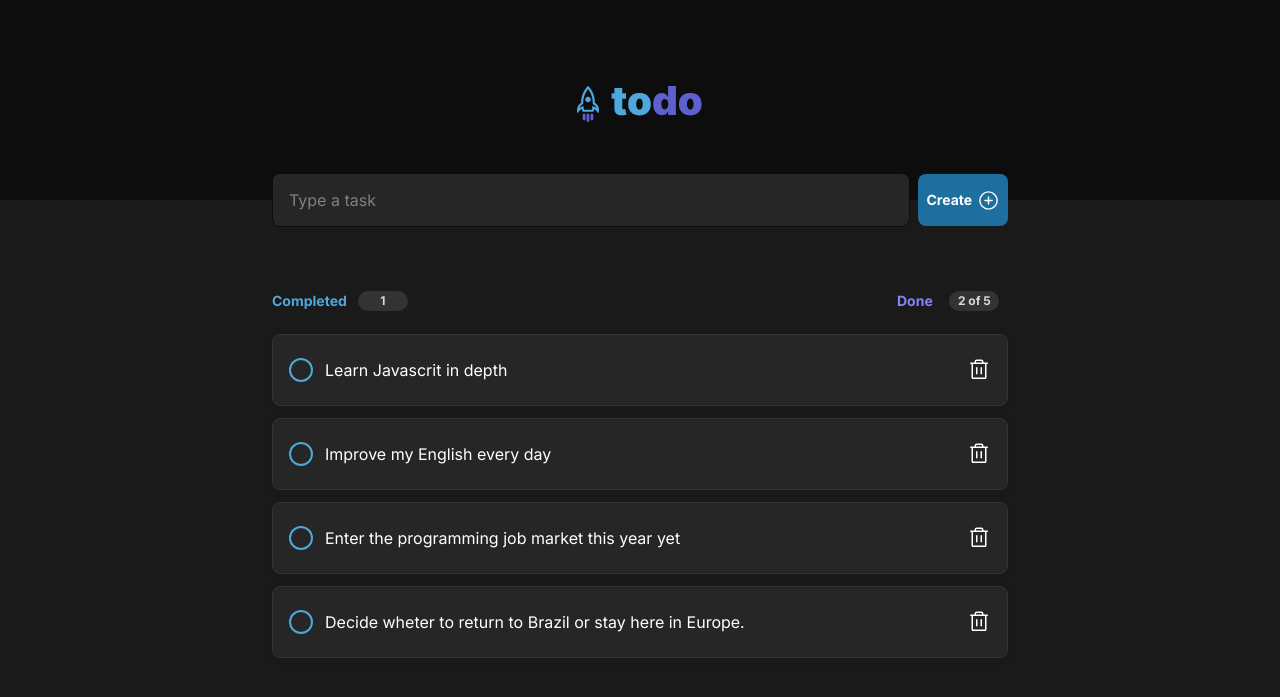
Repository: JoseGu1llardi/to-do-list-D01
Page: /
An editor plug-in stored every save of this project. The page is shown before and after the next save, followed by the edit.
The browser window is 1280 px wide. The pictures show the whole page.
The project was rebuilt for these pictures with package versions that can differ from the ones it lists, and the page was loaded fresh each time. Requests to the local data server were answered from the project's data file. Also part of the build but not shown: vite.config.ts.

Above is the page before, as saved 2023-03-12 20:27:07.

### index.html
<!DOCTYPE html>
<html lang="en">
  <head>
    <meta charset="UTF-8" />

    <link rel="preconnect" href="https://fonts.googleapis.com" />
    <link rel="preconnect" href="https://fonts.gstatic.com" crossorigin />

    <link
      href="https://fonts.googleapis.com/css2?family=Inter:wght@400;700&display=swap"
      rel="stylesheet"
    />

    <link rel="icon" type="image/svg+xml" href="/vite.svg" />
    <meta name="viewport" content="width=device-width, initial-scale=1.0" />
    <title>Vite + React + TS</title>
  </head>
  <body>
    <div id="root"></div>
    <script type="module" src="/src/main.tsx"></script>
  </body>
</html>

### src/App.tsx
import { useEffect, useState } from 'react';

import api from './services/api';

import styles from './App.module.css';

import { Header } from "./components/Header";
import { Input } from "./components/Input";
import { Button } from "./components/Button";
import { TasksList } from "./components/TasksList";

import "./global.css";

interface Task {
  id: number;
  content: string;
  status: boolean;
}

export interface TaskType {
  tasks: Task[];
}

function App() {
  const [tasks, setTasks] = useState<Task[]>([]);

  useEffect(() => {
    api.get("/tasks")
      .then(({ data }) => setTasks(data))
  }, []);

  return (
    <>
      <Header />

      <div className={styles.newTaskContainer}>
        <Input />
        <Button />
      </div>

      <div className={styles.tasksContainer}>
        <TasksList tasks={tasks} />
      </div>
    </>
  )
}

export default App

### src/services/api.ts
import axios from 'axios';

const api = axios.create({
    baseURL: "http://localhost:3000"
});

export default api;

### src/App.module.css
.newTaskContainer {
  display: flex;
  flex-direction: row;
  align-items: center;
  padding: 0px;
  gap: 8px;

  position: absolute;
  width: 46rem;
  height: 3.375rem;
  left: calc(50% - 736px / 2);
  top: 10.8125rem;
}

.tasksContainer {
  display: flex;
  flex-direction: column;
  align-items: flex-start;
  padding: 0px;
  gap: 24px;

  position: absolute;
  width: 736px;
  height: 287px;
  left: calc(50% - 736px / 2);
  top: 291px;
}

### src/components/Header/index.tsx
import Logo from '../../assets/Logo (1).svg'

import styles from './styles.module.css';

export function Header() {
    return (
        <header className={styles.container}>
            <img src={Logo} />
        </header>
    )
}

### src/components/Input/index.tsx
import styles from './styles.module.css';

export function Input() {
    return (
        <input
            type="text"
            className={styles.input}
            placeholder='Type a task'
        />
    )
}

### src/components/Button/index.tsx
import { PlusCircle } from '@phosphor-icons/react'

import styles from './styles.module.css';

export function Button() {
    return (
        <button className={styles.button}>
            <span>Create</span>
            <PlusCircle size={23} />
        </button>
    )
}

### src/components/TasksList/index.tsx
import { TaskType } from '../../App';

import { Task } from '../Task';

import Clipboard from '../../assets/Clipboard.svg';

import styles from './styles.module.css';

export function TasksList({ tasks }: TaskType) {
    return (
        <>
            <section className={styles.info}>

                <div className={styles.created}>
                    <span>Completed</span>
                    <div className={styles.counterCreated}>
                        <p>1</p>
                    </div>
                </div>

                <div className={styles.done}>
                    <span>Done</span>
                    <div className={styles.doneCreated}>
                        <span>2 of 5</span>
                    </div>
                </div>

            </section>

            {
                tasks.length === 0 ? (
                    <section className={styles.tasks}>
                        <img src={Clipboard} alt="" />
                        <strong>You don't have tasks registered yet!</strong>
                        <span>Create tasks and organize your to-do list</span>
                    </section>
                ) : (
                    <section className={styles.list}>
                        {
                            tasks.map((task) => (
                                <Task key={task.id} content={task.content} status={task.status} />
                            ))
                        }
                    </section>
                )
            }
        </>
    )
}

### src/global.css
:root {
  // Base
  --gray-100: #f2f2f2;
  --gray-200: #d9d9d9;
  --gray-300: #808080;
  --gray-400: #333333;
  --gray-500: #262626;
  --gray-600: #1a1a1a;
  --gray-700: #0d0d0d;

  --danger: #e25858;

  // Product
  --purple: #8284fa;
  --dark-purple: #5e60ce;
  --blue: #4ea8de;
  --dark-blue: #1e6f9f;
}

* {
  margin: 0;
  padding: 0;
  box-sizing: border-box;
}

body {
  color: #fff;
  background: var(--gray-600);

  width: 100%;
  height: 100%;
  max-height: 1024px;
  position: relative;
}

body,
input,
textarea,
button {
  font-family: "Inter", sans-serif;
  font-weight: 400;
  font-size: 1rem;
}

### src/components/Header/styles.module.css
.container {
  position: absolute;
  height: 12.5rem;
  max-width: 100%;
  left: 0;
  right: 0;
  top: 0;

  display: flex;
  align-items: center;
  justify-content: center;

  background: var(--gray-700);
}

.container img {
  position: absolute;
  width: 7.875rem;
  height: 3rem;
}

### src/components/Input/styles.module.css
.input {
  box-sizing: border-box;

  display: flex;
  flex-direction: row;
  align-items: center;
  padding: 16px;
  gap: 8px;

  width: 638px;
  height: 54px;

  background: var(--gray-500);
  color: #fff;

  border: 1px solid var(--gray-700);
  border-radius: 8px;

  flex: none;
  order: 0;
  flex-grow: 1;
}

.input:focus {
  outline: transparent;
  box-shadow: 0 0 0 2px var(--dark-purple);
}

.input::placeholder {
  color: var(--gray-300);
}

### src/components/Button/styles.module.css
.button {
  width: 90px;
  height: 52px;

  display: flex;
  flex-direction: row;
  align-items: center;
  justify-content: center;
  gap: 16px;

  border: 0;
  border-radius: 8px;

  background: var(--dark-blue);
  color: white;

  cursor: pointer;

  transition: filter 0.2s;
}

.button span {
  width: 34px;
  height: 20px;

  font-weight: 700;
  font-size: 14px;
  line-height: 140%;

  color: var(--gray-100);

  flex: none;
  order: 0;
  flex-grow: 0;
}

.button img {
  width: 16px;
  height: 16px;

  flex: none;
  order: 1;
  flex-grow: 0;
}

.button:hover {
  background: var(--blue);
  filter: brightness(0.8);
}

### src/components/Task/index.tsx
import { useState } from 'react';

import { Trash } from '@phosphor-icons/react'

import styles from './styles.module.css';

interface TasksProps {
    content: string;
    status: boolean;
}[]

export function Task({ content, status }: TasksProps) {
    const [isChecked, setIsChecked] = useState(Boolean);

    return (
        <section className={styles.task}>
            <div>
                <input
                    id='checked'
                    type="checkbox"
                    onClick={() => setIsChecked(!status)}
                />
                <span
                    className={isChecked ? styles.isChecked : ''}
                >
                    {content}
                </span>
            </div>
            <Trash size={20} />
        </section>
    )
}

### src/components/TasksList/styles.module.css
.info {
  display: flex;
  flex-direction: row;
  justify-content: space-between;
  align-items: flex-end;
  padding: 0px;

  width: 736px;
  height: 19px;

  flex: none;
  order: 0;
  align-self: stretch;
  flex-grow: 0;
}

.created {
  display: flex;
  flex-direction: row;
  align-items: center;
  padding: 0px;
  gap: 8px;

  width: 139px;
  height: 19px;

  order: 0;
  flex-grow: 0;
}

.created span {
  font-family: "Inter";
  font-style: normal;
  font-weight: 700;
  font-size: 14px;
  line-height: 17px;

  color: var(--blue);

  flex: none;
  order: 0;
  flex-grow: 0;
}

.counterCreated {
  display: flex;
  flex-direction: row;
  justify-content: center;
  align-items: center;
  padding: 2px 8px;
  gap: 10px;
  margin: 0 auto;

  width: 50px;
  height: 20px;

  background: #333333;
  border-radius: 999px;

  order: 1;
  flex-grow: 0;
}

.counterCreated p {
  display: flex;
  flex-direction: row;
  font-style: normal;
  font-weight: 700;
  font-size: 12px;
  line-height: 15px;

  color: var(--gray-200);
}

.done {
  display: flex;
  box-sizing: border-box;
  flex-direction: row;
  align-items: center;
  padding: 0px;
  gap: 8px;

  width: 111px;
  height: 19px;

  order: 1;
  flex-grow: 0;
}

.done span {
  font-family: "Inter";
  font-style: normal;
  font-weight: 700;
  font-size: 14px;
  line-height: 17px;

  color: #8284fa;

  flex: none;
  order: 0;
  flex-grow: 0;
}

.doneCreated {
  display: flex;
  flex-direction: row;
  justify-content: center;
  box-sizing: border-box;
  align-items: center;
  padding: 2px 8px;
  gap: 10px;
  margin: 0 auto;

  width: 50px;
  height: 20px;

  background: #333333;
  border-radius: 999px;

  order: 1;
  flex-grow: 0;
}

.doneCreated span {
  display: flex;
  flex-direction: row;
  font-style: normal;
  font-weight: 700;
  font-size: 12px;
  line-height: 15px;

  color: var(--gray-200);
}

.tasks {
  box-sizing: border-box;

  display: flex;
  flex-direction: column;
  justify-content: center;
  align-items: center;
  padding: 64px 24px;
  gap: 16px;

  width: 736px;
  height: 244px;

  border-top: 1px solid #333333;
  border-radius: 8px;

  flex: none;
  order: 1;
  align-self: stretch;
  flex-grow: 0;
}

.tasks img {
  width: 56px;
  height: 56px;

  flex: none;
  order: 0;
  flex-grow: 0;
}

.tasks strong {
  display: block;
  font-style: normal;
  font-weight: 700;
  font-size: 16px;

  text-align: center;

  color: var(--gray-300);

  flex: none;
  align-self: stretch;
  flex-grow: 0;
}

.tasks span {
  font-style: normal;
  font-weight: 300;
  font-size: 16px;

  color: var(--gray-300);
}

.list {
  display: flex;
  flex-direction: column;
  align-items: flex-start;
  padding: 0px;
  gap: 12px;

  width: 736px;
  height: 382px;

  /* Inside auto layout */

  flex: none;
  order: 1;
  flex-grow: 0;
}

### src/components/Task/styles.module.css
.task {
  box-sizing: border-box;

  display: flex;
  flex-direction: row;
  align-items: center;
  flex-direction: row;
  justify-content: space-between;
  padding: 16px;
  gap: 12px;

  width: 736px;
  height: 72px;

  /* Gray 500 */

  background: #262626;
  /* Gray 400 */

  border: 1px solid #333333;
  box-shadow: 0px 2px 8px rgba(0, 0, 0, 0.06);
  border-radius: 8px;

  flex: none;
  order: 0;
  align-self: stretch;
  flex-grow: 0;
}

.task div {
  display: flex;
  flex-direction: row;
  align-items: center;
  flex-direction: row;
  gap: 12px;
}

.isChecked {
  text-decoration: line-through;
}

.task input[type="checkbox"] {
  -webkit-appearance: none;
  -moz-appearance: none;

  width: 24px;
  height: 24px;

  border: 2px solid var(--blue);
  border-radius: 50%;
  outline: none;

  background-color: transparent;
  background-position: center;
  background-repeat: no-repeat;

  cursor: pointer;

  flex: none;
  order: 0;
  flex-grow: 0;
}

.task input[type="checkbox"]:checked {
  width: 24px;
  height: 24px;

  transition-duration: all 1s ease;

  border: none;
  background-image: url("./../../assets/Layer 1.svg");
}

.task svg {
  display: flex;
  float: right;
  width: 24px;
  height: 24px;

  border-radius: 4px;

  flex: none;
  order: 2;
  flex-grow: 0;
}

.task svg:hover {
  background: #333333;
  border-radius: 4px;

  color: var(--danger);

  flex: none;
  order: 1;
  flex-grow: 0;

  cursor: pointer;
}

### src/db.json
{
  "tasks": [
    { "id": 1, "content": "Learn Javascrit in depth", "status": false },
    { "id": 2, "content": "Improve my English every day", "status": false },
    {
      "id": 3,
      "content": "Enter the programming job market this year yet",
      "status": false
    },
    {
      "id": 4,
      "content": "Decide wheter to return to Brazil or stay here in Europe.",
      "status": false
    }
  ]
}

Loaded but not shown: src/main.tsx (common file)

After the next save:
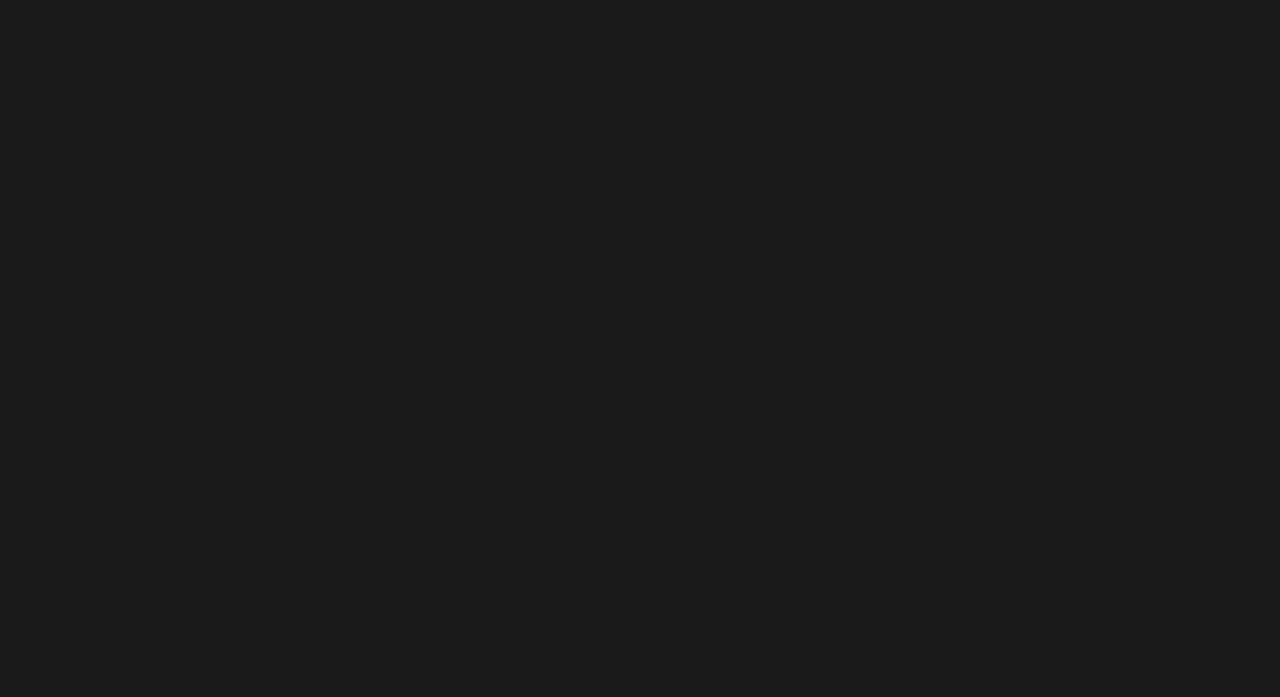
Console error: ReferenceError: Task is not defined
Saved 21 min 12 s later.
--- a/src/components/TasksList/index.tsx
+++ b/src/components/TasksList/index.tsx
@@ -1,12 +1,15 @@
 import { TaskType } from '../../App';
-
-import { Task } from '../Task';
 
 import Clipboard from '../../assets/Clipboard.svg';
 
 import styles from './styles.module.css';
 
-export function TasksList({ tasks }: TaskType) {
+interface TaskListProps {
+    tasks: TaskType[];
+    changeStatus: (id: number) => void;
+}
+
+export function TasksList({ tasks, changeStatus }: TaskListProps) {
     return (
         <>
             <section className={styles.info}>

After the save that followed:
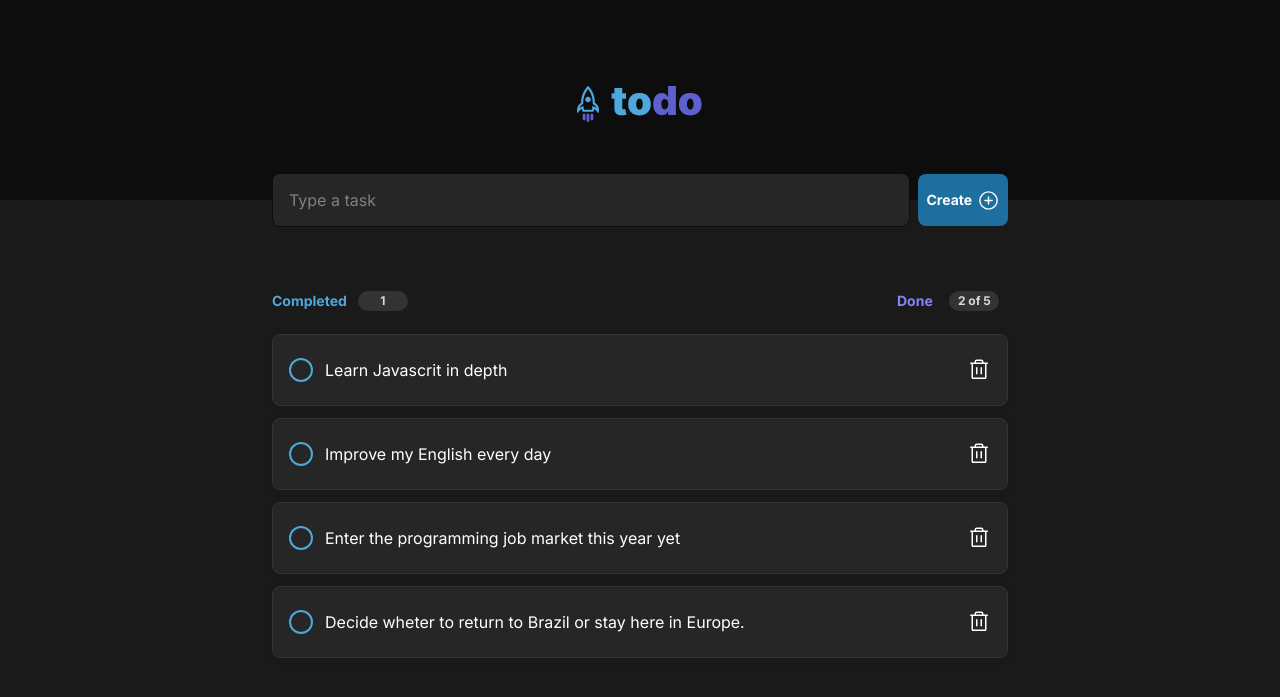
The error is gone.
Saved 12 s later.
--- a/src/components/TasksList/index.tsx
+++ b/src/components/TasksList/index.tsx
@@ -1,4 +1,6 @@
 import { TaskType } from '../../App';
+
+import { Task } from '../Task';
 
 import Clipboard from '../../assets/Clipboard.svg';
 
